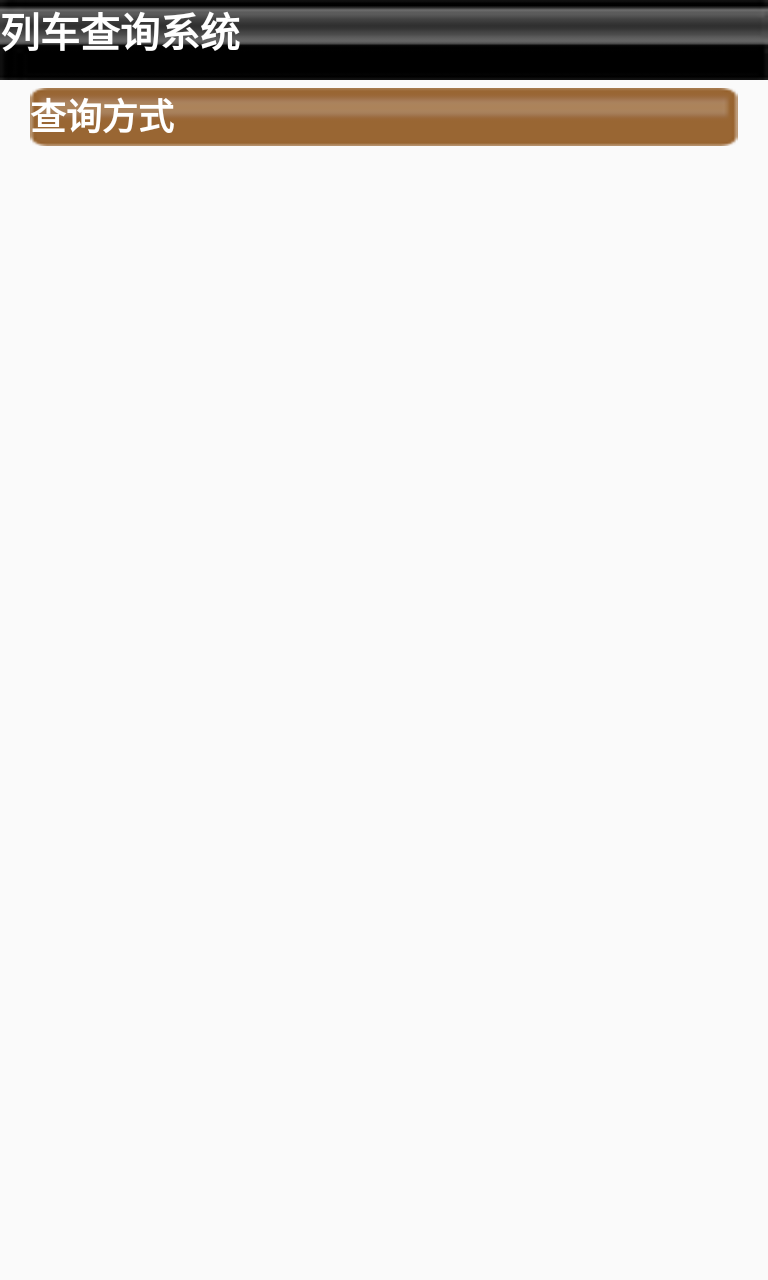
Repository: gogolaile/CoolWeather
Layout: Train_Qurey/res/layout/activity_main.xml
These files come from the project's save history. The layout is drawn as it stood at one moment and after a run of saves; the edit follows.
It is drawn on a 768 x 1280 px phone screen (xhdpi) without system bars, with theme AppTheme; the app's code is not run.

Above is the layout before, as saved 2015-11-28 06:51:44.

### Train_Qurey/res/layout/activity_main.xml
<LinearLayout xmlns:android="http://schemas.android.com/apk/res/android"
    android:layout_width="match_parent"
    android:layout_height="match_parent"
    android:orientation="vertical" >

    <FrameLayout
     android:layout_width="match_parent"
     android:layout_height="40dp"
     android:background="@drawable/title">
<TextView
    android:layout_width="wrap_content"
    android:layout_height="wrap_content"
    android:text = "@string/the_main_title"
    android:gravity="center_horizontal|bottom"
    android:textSize="20sp"
    android:textColor="#FFFFFF"
    android:textStyle="bold"/>
</FrameLayout>
<LinearLayout
    android:layout_width="match_parent"
    android:layout_height="wrap_content"
    android:background="@drawable/navigator"
    android:layout_marginLeft="15dip"
    android:layout_marginRight="15dip"
    android:layout_marginTop="4dip"
    android:layout_marginBottom="4dip"
    android:orientation="horizontal">
   <TextView
       android:layout_width="wrap_content"
       android:layout_height="wrap_content"
       android:text="@string/the_query_way"
       android:textSize="18sp"
       android:textStyle="bold"
       android:textColor="#FFFFFF"
       />
</LinearLayout>

</LinearLayout>

### Train_Qurey/res/values/strings.xml
<?xml version="1.0" encoding="utf-8"?>
<resources>

    <string name="app_name">Train_Qurey</string>
    <string name="the_title">the title</string>
    <string name="the_main_title">列车查询系统</string>
    <string name="the_query_way">查询方式</string>
    <string name="detailed_query">详细查询</string>
</resources>

Loaded but not shown: Train_Qurey/res/values/styles.xml (common file); Train_Qurey/res/values-v11/styles.xml (common file); Train_Qurey/res/values-v14/styles.xml (common file)

After the next 2 saves:
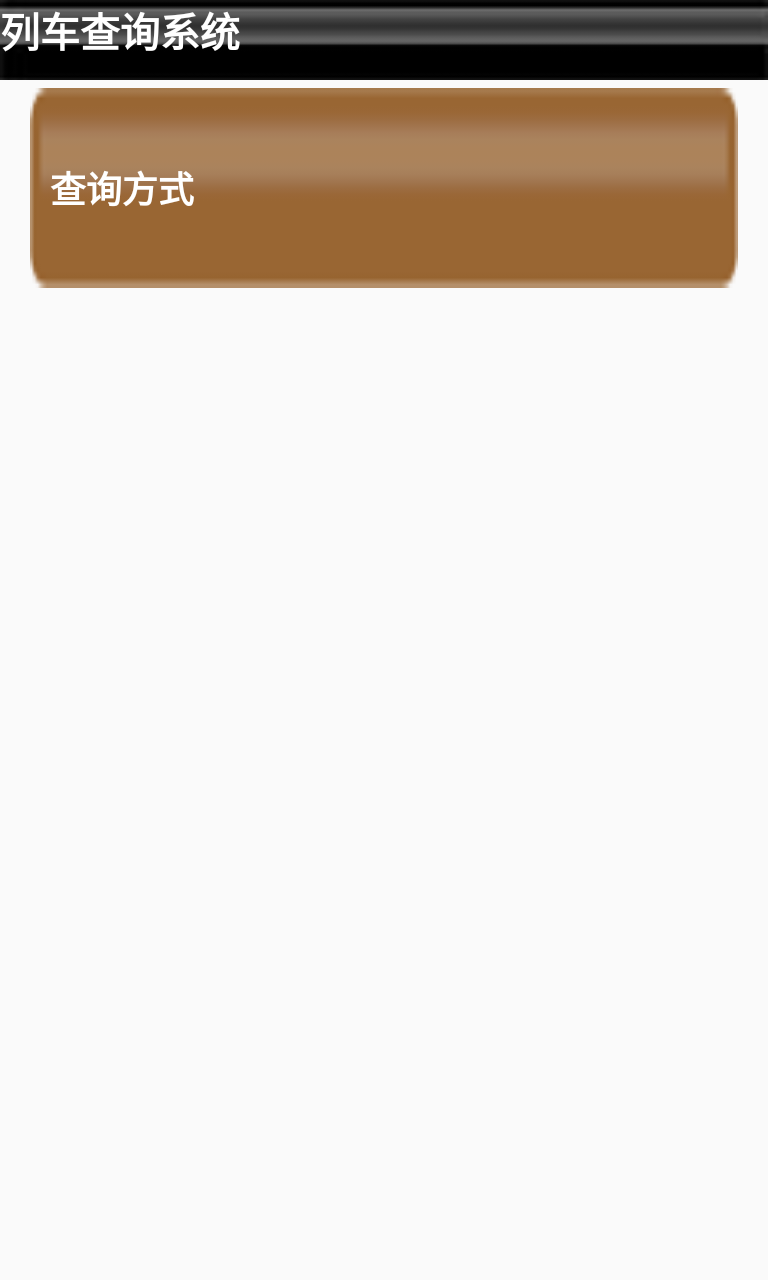
The 2 saves are shown as one change because 1 did not build or start.
The last was saved 18 min 22 s later.
--- a/Train_Qurey/res/layout/activity_main.xml
+++ b/Train_Qurey/res/layout/activity_main.xml
@@ -27,12 +27,13 @@
     android:orientation="horizontal">
    <TextView
        android:layout_width="wrap_content"
-       android:layout_height="wrap_content"
+       android:layout_height="100dip"
        android:text="@string/the_query_way"
        android:textSize="18sp"
        android:textStyle="bold"
        android:textColor="#FFFFFF"
-       />
+       android:gravity="center"
+       android:layout_marginLeft="10dip"/>
 </LinearLayout>
 
 </LinearLayout>

After the save that followed:
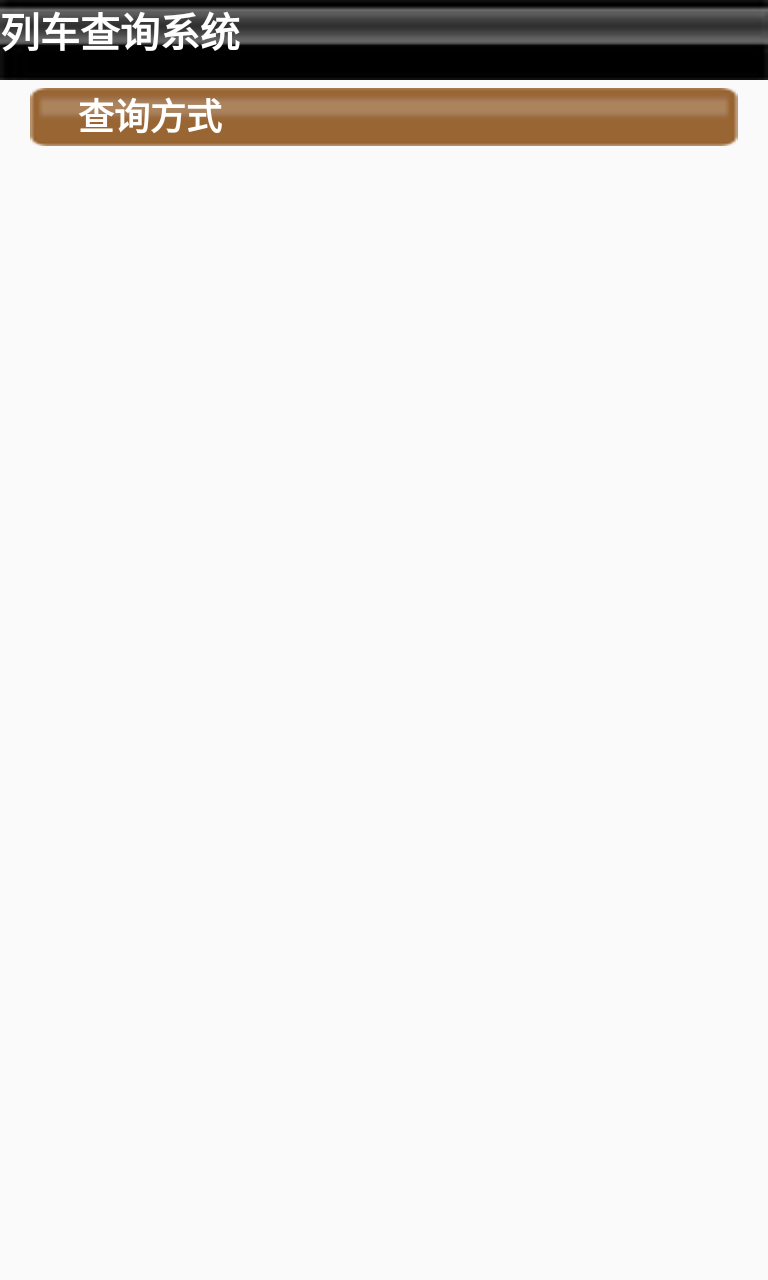
Saved 42 s later.
--- a/Train_Qurey/res/layout/activity_main.xml
+++ b/Train_Qurey/res/layout/activity_main.xml
@@ -26,8 +26,8 @@
     android:layout_marginBottom="4dip"
     android:orientation="horizontal">
    <TextView
-       android:layout_width="wrap_content"
-       android:layout_height="100dip"
+       android:layout_width="100dip"
+       android:layout_height="wrap_content"
        android:text="@string/the_query_way"
        android:textSize="18sp"
        android:textStyle="bold"
